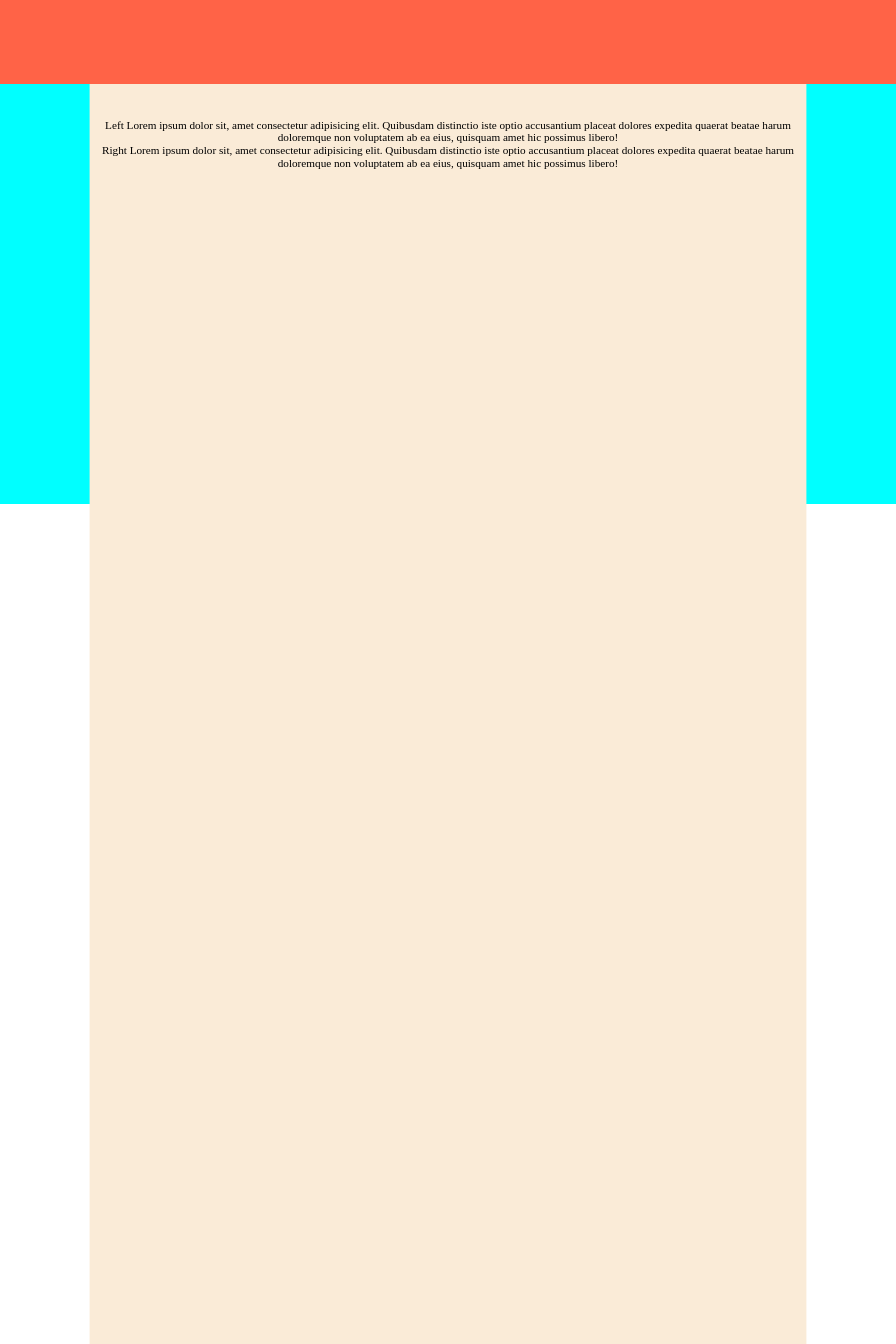
Repository: tandoancs/nguyentuankiet
Page: test.html
The author's editor kept a copy of each file at every save. The page is drawn from the files as they stood at one save, then again after the next save.
The browser window is 1280 px wide. The pictures show the part of the page from y = 0 to 1920 px (the page is 4440 px tall before and 4476 px after), at 70% of full size.

Above is the page before, as saved 2025-04-22 20:14:09.

After the next save:
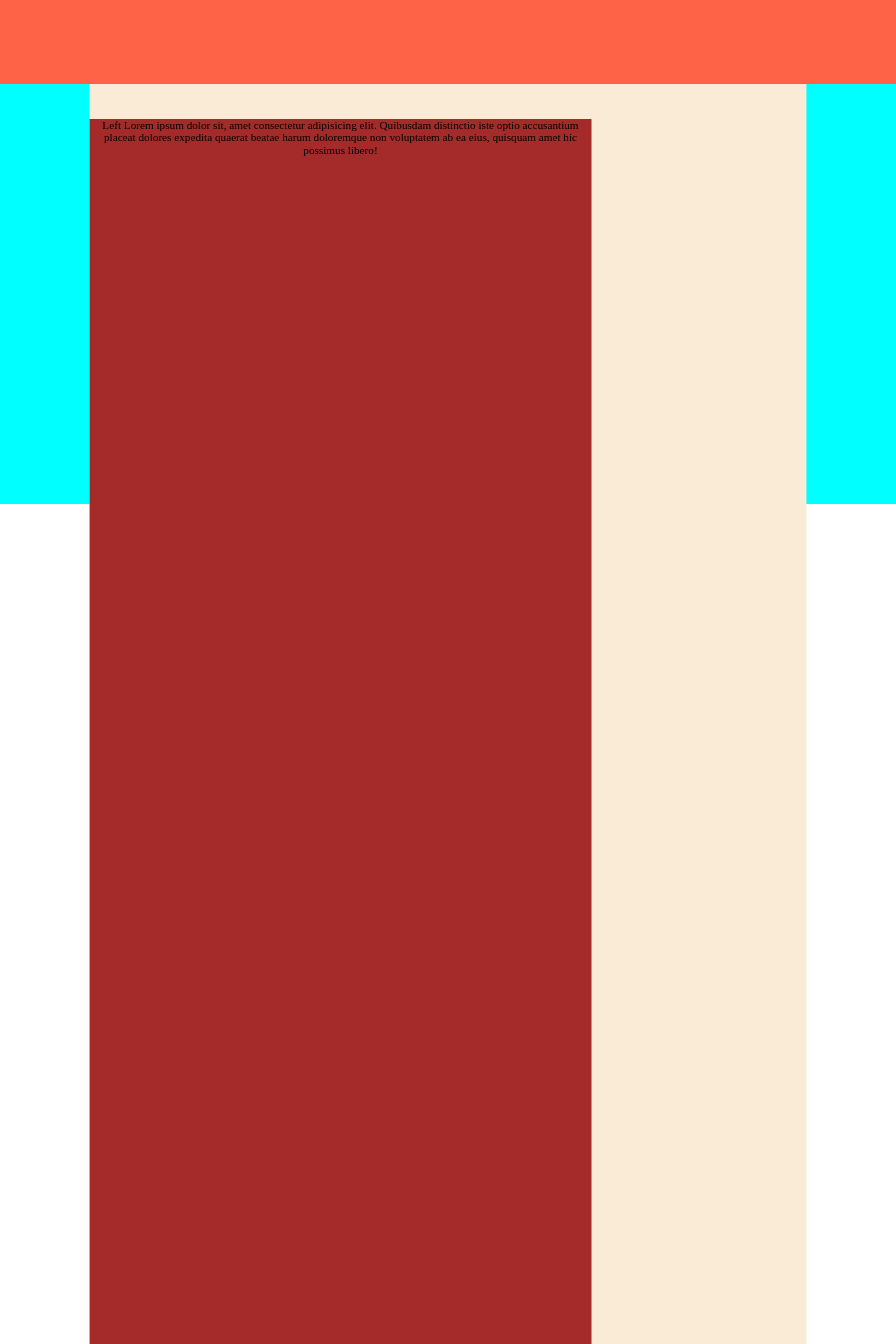
Saved 41 s later.
--- a/test.html
+++ b/test.html
@@ -45,6 +45,12 @@
             height: 270px;
             background-color:blue;
         }
+
+        #content-left {
+            width: 70%;
+            height: 100%;
+            background-color: brown;
+        }
     </style>
     </head>
     <body>
